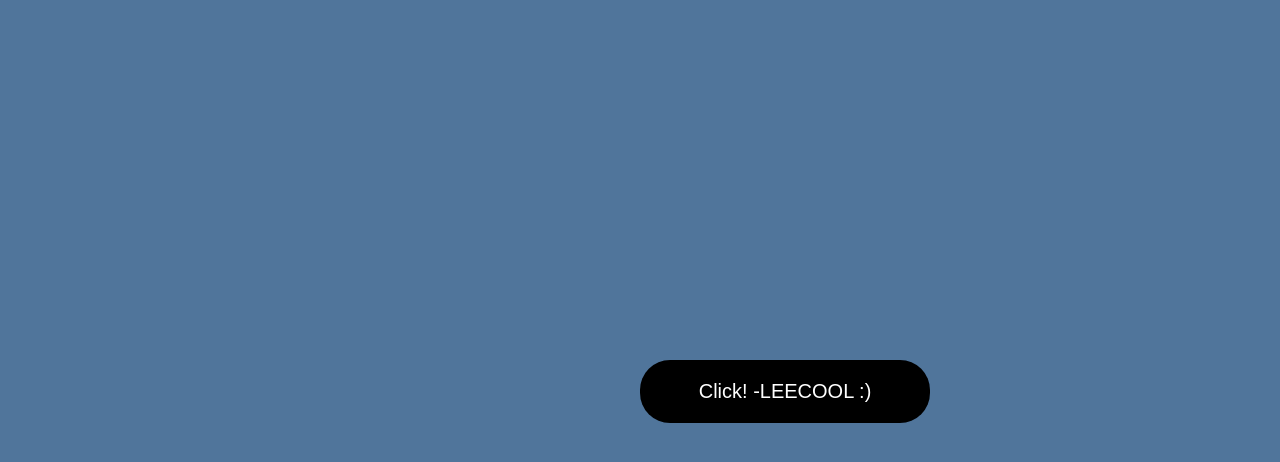
Repository: siwon9898/interaction_practice
Page: section6/index.html
These files come from the project's save history. The page is drawn as it stood at one moment and after the next save; the edit follows.
The browser window is 1280 px wide. The pictures show the whole page.

Above is the page before, as saved 2021-10-04 22:56:39.

### section6/index.html
<!DOCTYPE html>
<html lang="en">

<head>
    <meta charset="UTF-8">
    <meta http-equiv="X-UA-Compatible" content="IE=edge">
    <meta name="viewport" content="width=device-width, initial-scale=1.0">
    <meta property="og:image" content="../image/thumb.jpg" />

    <link rel="stylesheet" type="text/css" href="./css/reset.css" />
    <link rel="stylesheet" type="text/css" href="./css/motion.css" />
    <script type="text/javascript" src = "./js/motion.js"></script>

    <title>새복많받</title>
</head>

<body>
    <button type="button">Click! -LEECOOL :)</button>
    <div class="contentWrap">
        <div class="front">
            <h1></h1>
            <div class="sun"></div>
            <div class="cloud1"></div>
            <div class="cloud2"></div>

            <div class="m1"></div>
            <div class="m2"></div>
            <div class="snow"></div>
            <div class="m3"></div>
            <div class="cow"></div>
        </div>
        <div class="back">
            <p class="msg">행복한 2021년이 되기를!<br>올해안엔 제발 취업 되게 해주세요ㅠㅠ</p>
            <h3>from. LEECOOL</h3>
        </div>
    </div>
</body>

</html>

### section6/css/reset.css
/*! normalize.css v3.0.2 | MIT License | git.io/normalize */

/**
 * 1. Set default font family to sans-serif.
 * 2. Prevent iOS text size adjust after orientation change, without disabling
 *    user zoom.
 */

html {
  font-family: sans-serif;
  /* 1 */
  -ms-text-size-adjust: 100%;
  /* 2 */
  -webkit-text-size-adjust: 100%;
  /* 2 */
}

/**
   * Remove default margin.
   */

body {
  margin: 0;
}

/* HTML5 display definitions
     ========================================================================== */

/**
   * Correct `block` display not defined for any HTML5 element in IE 8/9.
   * Correct `block` display not defined for `details` or `summary` in IE 10/11
   * and Firefox.
   * Correct `block` display not defined for `main` in IE 11.
   */

article,
aside,
details,
figcaption,
figure,
footer,
header,
hgroup,
main,
menu,
nav,
section,
summary {
  display: block;
}

/**
   * 1. Correct `inline-block` display not defined in IE 8/9.
   * 2. Normalize vertical alignment of `progress` in Chrome, Firefox, and Opera.
   */

audio,
canvas,
progress,
video {
  display: inline-block;
  /* 1 */
  vertical-align: baseline;
  /* 2 */
}

/**
   * Prevent modern browsers from displaying `audio` without controls.
   * Remove excess height in iOS 5 devices.
   */

audio:not([controls]) {
  display: none;
  height: 0;
}

/**
   * Address `[hidden]` styling not present in IE 8/9/10.
   * Hide the `template` element in IE 8/9/11, Safari, and Firefox < 22.
   */

[hidden],
template {
  display: none;
}

/* Links
     ========================================================================== */

/**
   * Remove the gray background color from active links in IE 10.
   */

a {
  background-color: transparent;
}

/**
   * Improve readability when focused and also mouse hovered in all browsers.
   */

a:active,
a:hover {
  outline: 0;
}

/* Text-level semantics
     ========================================================================== */

/**
   * Address styling not present in IE 8/9/10/11, Safari, and Chrome.
   */

abbr[title] {
  border-bottom: 1px dotted;
}

/**
   * Address style set to `bolder` in Firefox 4+, Safari, and Chrome.
   */

b,
strong {
  font-weight: bold;
}

/**
   * Address styling not present in Safari and Chrome.
   */

dfn {
  font-style: italic;
}

/**
   * Address variable `h1` font-size and margin within `section` and `article`
   * contexts in Firefox 4+, Safari, and Chrome.
   */

h1 {
  font-size: 2em;
  margin: 0.67em 0;
}

/**
   * Address styling not present in IE 8/9.
   */

mark {
  background: #ff0;
  color: #000;
}

/**
   * Address inconsistent and variable font size in all browsers.
   */

small {
  font-size: 80%;
}

/**
   * Prevent `sub` and `sup` affecting `line-height` in all browsers.
   */

sub,
sup {
  font-size: 75%;
  line-height: 0;
  position: relative;
  vertical-align: baseline;
}

sup {
  top: -0.5em;
}

sub {
  bottom: -0.25em;
}

/* Embedded content
     ========================================================================== */

/**
   * Remove border when inside `a` element in IE 8/9/10.
   */

img {
  border: 0;
}

/**
   * Correct overflow not hidden in IE 9/10/11.
   */

svg:not(:root) {
  overflow: hidden;
}

/* Grouping content
     ========================================================================== */

/**
   * Address margin not present in IE 8/9 and Safari.
   */

figure {
  margin: 1em 40px;
}

/**
   * Address differences between Firefox and other browsers.
   */

hr {
  -moz-box-sizing: content-box;
  box-sizing: content-box;
  height: 0;
}

/**
   * Contain overflow in all browsers.
   */

pre {
  overflow: auto;
}

/**
   * Address odd `em`-unit font size rendering in all browsers.
   */

code,
kbd,
pre,
samp {
  font-family: monospace, monospace;
  font-size: 1em;
}

/* Forms
     ========================================================================== */

/**
   * Known limitation: by default, Chrome and Safari on OS X allow very limited
   * styling of `select`, unless a `border` property is set.
   */

/**
   * 1. Correct color not being inherited.
   *    Known issue: affects color of disabled elements.
   * 2. Correct font properties not being inherited.
   * 3. Address margins set differently in Firefox 4+, Safari, and Chrome.
   */

button,
input,
optgroup,
select,
textarea {
  color: inherit;
  /* 1 */
  font: inherit;
  /* 2 */
  margin: 0;
  /* 3 */
}

/**
   * Address `overflow` set to `hidden` in IE 8/9/10/11.
   */

button {
  overflow: visible;
  border: 0;
}

/**
   * Address inconsistent `text-transform` inheritance for `button` and `select`.
   * All other form control elements do not inherit `text-transform` values.
   * Correct `button` style inheritance in Firefox, IE 8/9/10/11, and Opera.
   * Correct `select` style inheritance in Firefox.
   */

button,
select {
  text-transform: none;
}

/**
   * 1. Avoid the WebKit bug in Android 4.0.* where (2) destroys native `audio`
   *    and `video` controls.
   * 2. Correct inability to style clickable `input` types in iOS.
   * 3. Improve usability and consistency of cursor style between image-type
   *    `input` and others.
   */

button,
html input[type="button"],
/* 1 */
input[type="reset"],
input[type="submit"] {
  -webkit-appearance: button;
  /* 2 */
  cursor: pointer;
  /* 3 */
}

/**
   * Re-set default cursor for disabled elements.
   */

button[disabled],
html input[disabled] {
  cursor: default;
}

/**
   * Remove inner padding and border in Firefox 4+.
   */

button::-moz-focus-inner,
input::-moz-focus-inner {
  border: 0;
  padding: 0;
}

/**
   * Address Firefox 4+ setting `line-height` on `input` using `!important` in
   * the UA stylesheet.
   */

input {
  line-height: normal;
}

/**
   * It's recommended that you don't attempt to style these elements.
   * Firefox's implementation doesn't respect box-sizing, padding, or width.
   *
   * 1. Address box sizing set to `content-box` in IE 8/9/10.
   * 2. Remove excess padding in IE 8/9/10.
   */

input[type="checkbox"],
input[type="radio"] {
  box-sizing: border-box;
  /* 1 */
  padding: 0;
  /* 2 */
}

/**
   * Fix the cursor style for Chrome's increment/decrement buttons. For certain
   * `font-size` values of the `input`, it causes the cursor style of the
   * decrement button to change from `default` to `text`.
   */

input[type="number"]::-webkit-inner-spin-button,
input[type="number"]::-webkit-outer-spin-button {
  height: auto;
}

/**
   * 1. Address `appearance` set to `searchfield` in Safari and Chrome.
   * 2. Address `box-sizing` set to `border-box` in Safari and Chrome
   *    (include `-moz` to future-proof).
   */

input[type="search"] {
  -webkit-appearance: textfield;
  /* 1 */
  -moz-box-sizing: content-box;
  -webkit-box-sizing: content-box;
  /* 2 */
  box-sizing: content-box;
}

/**
   * Remove inner padding and search cancel button in Safari and Chrome on OS X.
   * Safari (but not Chrome) clips the cancel button when the search input has
   * padding (and `textfield` appearance).
   */

input[type="search"]::-webkit-search-cancel-button,
input[type="search"]::-webkit-search-decoration {
  -webkit-appearance: none;
}

/**
   * Define consistent border, margin, and padding.
   */

fieldset {
  border: 1px solid #c0c0c0;
  margin: 0 2px;
  padding: 0.35em 0.625em 0.75em;
}

/**
   * 1. Correct `color` not being inherited in IE 8/9/10/11.
   * 2. Remove padding so people aren't caught out if they zero out fieldsets.
   */

legend {
  border: 0;
  /* 1 */
  padding: 0;
  /* 2 */
}

/**
   * Remove default vertical scrollbar in IE 8/9/10/11.
   */

textarea {
  overflow: auto;
}

/**
   * Don't inherit the `font-weight` (applied by a rule above).
   * NOTE: the default cannot safely be changed in Chrome and Safari on OS X.
   */

optgroup {
  font-weight: bold;
}

/* Tables
     ========================================================================== */

/**
   * Remove most spacing between table cells.
   */

table {
  border-collapse: collapse;
  border-spacing: 0;
}

td,
th {
  padding: 0;
}

### section6/css/motion.css
@import url("https://fonts.googleapis.com/css2?family=Handlee&display=swap");

body {
    background: #50759b;
    overflow: hidden;
}

button {
    position: absolute;
    top: 50%;
    left: 50%;
    transform: translateX(-50%, -50%);
    padding: 20px 45px;
    font-size: 20px;
    font-weight: 500;
    z-index: 10000;
    border-radius: 30px 30px 30px 30px;
    background: black;
    color: #fff;
    width: 290px;
}

button:before {
    content: "";
    position: relative;
    width: 50px;
    height: 50px;
    bottom: 60px;
    left: 30px;
    z-index: 0;
    background: url(/image/cow.png) center center/100% no-repeat;
    transition: all .3s ease-in-out;
}

button:hover:before {
    transform: translate(10px, -15px) scale(1.7);
}


button.dimd {
    display: none;
}

.contentWrap {
    position: absolute;
    top: 51%;
    left: 50%;
    transform: translate(-50%, -50%);
    transform-style: preserve-3d;
    perspective: 800px;
    visibility: hidden;
    opacity: 0;
}

.contentWrap.active {
    visibility: visible;
    opacity: 1;
}

.contentWrap .front {
    position: relative;
    width: 400px;
    height: 250px;
    background: #10264a;
    transform: rotateX(-10deg);
    transform-origin: bottom center;
    transform-style: preserve-3d;
    perspective: 800px;
    border-radius: 10px 10px 0 0;
}

.contentWrap .front h1{
    position: absolute;
    top: 0;
    left: 0;
    width: 100%;
    height: 200px;
    background: url(/image/text.png) center top/200px no-repeat;
    transform: translate3d(55px, 40px, 57px);
}

.contentWrap .front .sun{
    position: absolute;
    top:0;
    left: 0;
    width: 100px;
    height: 100px;
    background: url(/image/sun.png) center bottom/60px no-repeat;
    transform: translate3d(30px, 50px, 10px);

}

.contentWrap .front .cloud1 {
    position: absolute;
    top: 0;
    width: 100px;
    height: 100px;
    background: url(/image/cloud.png) center center/40px no-repeat;
    transform: translate3d(70px, 60px, 30px);
    opacity: .8;
    z-index: 10;
}

.contentWrap .front .cloud2 {
    position: absolute;
    top: 0;
    width: 100px;
    height: 100px;
    background: url(/image/cloud.png) center center/36px no-repeat;
    transform: translate3d(-20px, 90px, 40px);
    opacity: .8;
    z-index: 10;
}

.contentWrap .front .m1 {
    position: absolute;
    bottom: 0;
    right: 0;
    width: 90%;
    height: 200px;
    background: url(/image/m1.png) right bottom/55% no-repeat;
    transform: translate3d(-8px, 0, 26px);
}

.contentWrap .front .m2 {
    position: absolute;
    bottom: 0;
    right: 0;
    width: 90%;
    height: 200px;
    background: url(/image//m2.png) right bottom/100% no-repeat;
    transform: translate3d(-10px, 0, 45px);
}

.contentWrap .front .m3 {
    position: absolute;
    bottom: 0;
    right: 0;
    width: 90%;
    height: 200px;
    background:url(/image/m3.png) right bottom/75% no-repeat;
    transform: translate3d(-20px, 0, 70px);
}

.contentWrap .front .cow {
    position: absolute;
    width: 70px;
    height: 70px;
    bottom: 0;
    left: 0;
    z-index: 10;
    background: url(/image/cow.png) center center/100% no-repeat;
    transform: translate3d(65px, -9px, 48px);

}

.contentWrap .front .snow {
    position: absolute;
    bottom: 0;
    left: 0;
    width: 100%;
    height: 230px;
    background: url(/image/snow.png) center bottom/90% no-repeat;
    transform: translate3d(0px, 0, 35px);
}

.contentWrap .back {
    position: relative;
    width: 400px;
    height: 200px;
    background: linear-gradient(180deg, #d8d8d8, #fff);
    border-radius: 0 0 10px 10px;
    transform: rotateX(70deg);
    transform-origin: top center;
    transform-style: preserve-3d;
    perspective: 800px;
}

.contentWrap .back h3 {
    position: absolute;
    font-size: 12px;
    text-align: right;
    font-weight: 100;
    right: 0px;
    bottom: 0;
    transform-origin: bottom;
    transform: translate3d(-20px, 0px, 2px);
    color: #000;
    font-family: 'Handlee', cursive, "Apple SD Gothic Neo", arial;
}

.contentWrap .back .msg {
    position: absolute;
    display: block;
    width: 100%;
    font-size: 12px;
    text-align: center;
    font-weight: 100;
    top: 100px;
    left: 0px;
    transform-origin: bottom;
    transform: translate3d(0px, 0px, 2px);
    color: #000;
}

### section6/js/motion.js
var wrap;
var x = 0,
  y = 0;
var mx = 0,
  my = 0;
var isMobile = false;
var isIos = false;

window.onload = function () {
  wrap = document.querySelector(".contentWrap");
  isMobile = mobileChk();
  isIos = iosChk();

  var button = document.querySelectorAll("button")[0];

  button.addEventListener("click", function () {
    button.classList.add("dimd");
    wrap.classList.add("active");

    if (isMobile) {
      if (isIos) {
        DeviceOrientationEvent.requestPermission().then(function () {
          mobileOrientationChk();
        }).catch(console.error);

      } else {
        mobileOrientationChk();
      }

      function mobileOrientationChk() {
        window.addEventListener("deviceorientation", function (event) {
          x = event.gamma;
          y = event.beta;
        });
        loopMobile();
      }

    } else {
      window.addEventListener("mousemove", function (e) {
        x = (e.clientX - window.innerWidth / 2);
        y = (e.clientY - window.innerHeight / 2);
      });
      loop();
    }
  });

}

function loopMobile() {
  mx += (x - mx) * .1;
  my += (y - my) * .1;

  wrap.style.transform = "translate3d(-50%, -50%, 0) rotateX(" + (my - 50) + "deg) rotateY(" + (mx) + "deg)";
  window.requestAnimationFrame(loopMobile);


}

function loop() {
  mx += (x - mx) * .1;
  my += (y - my) * .1;

  wrap.style.transform = "translate3d(-50%, -50%, 0) rotateX(" + (my / 10) + "deg) rotateY(" + (-mx / 10) + "deg)";

  window.requestAnimationFrame(loop);
}

function mobileChk() {
  var mobileKeyWords = new Array('Android', 'iPhone', 'iPad', 'BlackBerry', 'Windows CE', 'SAMSUNG', 'LG', 'MOT', 'SonyEricsson');
  for (var info in mobileKeyWords) {
    if (navigator.userAgent.match(mobileKeyWords[info]) != null) {
      return true;
    }
  }
  return false;
}

function iosChk(){
  var mobileKeyWords = new Array ('iPhone', 'iPad');
  for (var info in mobileKeyWords){
    if(navigator.userAgent.match(mobileKeyWords[info]) != null){
      return true;
    }
  }
  return false;
}

After the next save:
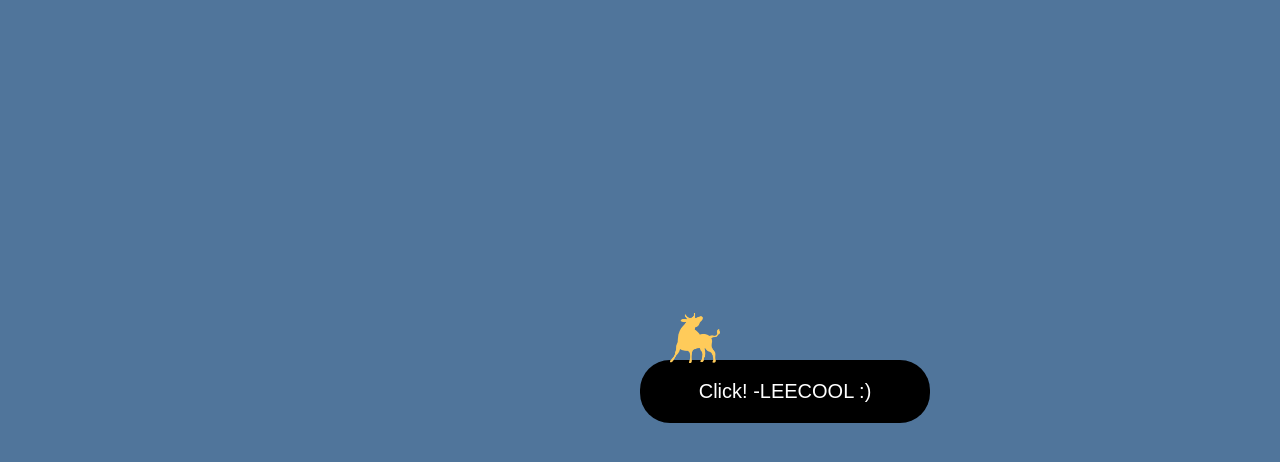
Saved 88 s later.
--- a/section6/css/motion.css
+++ b/section6/css/motion.css
@@ -21,8 +21,8 @@ button {
 }
 
 button:before {
-    content: "";
-    position: relative;
+    content: " ";
+    position: absolute;
     width: 50px;
     height: 50px;
     bottom: 60px;
